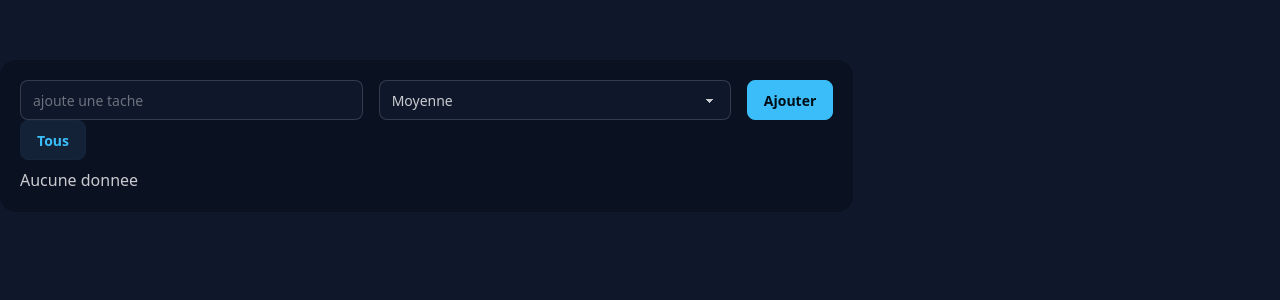
Repository: gradi243/react_ex_tuto
Page: /
The author's editor kept a copy of each file at every save. The page is drawn from the files as they stood at one save, then again after a run of saves.
The browser window is 1280 px wide. The pictures show the whole page.
The project was rebuilt for these pictures with package versions that can differ from the ones it lists, and the page was loaded fresh each time. Also part of the build but not shown: vite.config.ts, src/TodoItem.tsx.

Above is the page before, as saved 2025-09-14 03:32:39.

### index.html
<!doctype html>
<html lang="en" data-theme="night">
  <head>
    <meta charset="UTF-8" />
    <link rel="icon" type="image/svg+xml" href="/vite.svg" />
    <meta name="viewport" content="width=device-width, initial-scale=1.0" />
    <title>Vite + React + TS</title>
  </head>
  <body>
    <div id="root"></div>
    <script type="module" src="/src/main.tsx"></script>
  </body>
</html>

### src/index.css
@import "tailwindcss";
@plugin "daisyui";

 @plugin "daisyui" {
   themes:night;
 }
/* You can add global styles to this file, and also import other style files */

### src/App.tsx
import { useEffect, useState } from "react";
import TodoItem from "./TodoItem";


type Priority="Urigente"|"Moyenne"|"Basse"

type Todo={
  id: number;
  text:string;
  priority:Priority
}


function App(){
  const[input,setInput]=useState<string>("")
  const[priority,setPriority]= useState<Priority>("Moyenne")


  const savedTodos=localStorage.getItem("todos")
  const  initialTodos=savedTodos?JSON.parse(savedTodos):[]
  const [todos,setTodos]=useState<Todo[]>(initialTodos)

  const [filtere,setFilter]=useState<Priority |"Tous">("Tous")

  useEffect(() => {
    localStorage.setItem("todos",JSON.stringify(todos))
  },[todos])

  function addTodo(){
    if(input.trim()==""){
       return
    }

    const newTodo:Todo={
      id:Date.now(),
      text:input.trim(),
      priority:priority
    }

    const newtodos=[newTodo,...todos]
    setTodos(newtodos)
    setInput("")
    setPriority("Moyenne")
    console.log(newtodos)

  }


  let filteredTodos: Todo[] = [];

    if (filtere === "Tous") {
    filteredTodos = todos;
  } else {
    filteredTodos = todos.filter((todo) => todo.priority === filtere);
  }

  const urigentecount1= todos.filter((todo)=>todo.priority==="Urigente").length
  const moyennecount1= todos.filter((todo)=>todo.priority==="Moyenne").length
  const bassecount1= todos.filter((todo)=>todo.priority==="Basse").length
  const totalcount1=todos.length
  return(
    <div className="flex justify-cente">
      <div className="w-2/3 flex-col gap-4 my-15 bg-base-300 p-5 rounded-2xl">
        <div className="flex gap-4">
          <input
          type="text"
          className="input w-full"
          placeholder="ajoute une tache"
          value={input}
         onChange={(e)=>setInput(e.target.value)}
          />

          <select
          className="select w-full"
          value={priority}
          onChange={(e)=>setPriority(e.target.value as Priority)}
          >
            <option value="Urigente">Urigente</option>
            <option value="Moyenne">Moyenne</option>
            <option value="Basse">Basse</option>
          </select>

          <button onClick={addTodo} className="btn btn-primary">Ajouter</button>
        </div>
        <div className="space-y-2 flex-1 h-fit">
          <div className="flex flex-wrap gap-4">
            <button
              className={`btn btn-soft ${filtere=== "Tous" ? "btn-primary" :""}`}
              onClick={()=> setFilter("Tous")}
            >
              Tous
            </button>
          </div>
              {filteredTodos.length > 0 ?(
                <ul className="divide-y divide-primary-20">
                  {filteredTodos.map((todo)=>(
                    <li key={todo.id}>
                      <TodoItem todo={todo}/>
                    </li>
                  ))}
                </ul>
              ):(
                <div>Aucune donnee</div>
              )}
        </div>
      </div>
    </div>
  )
}

export default App

Loaded but not shown: src/main.tsx (common file)

After the next 2 saves:
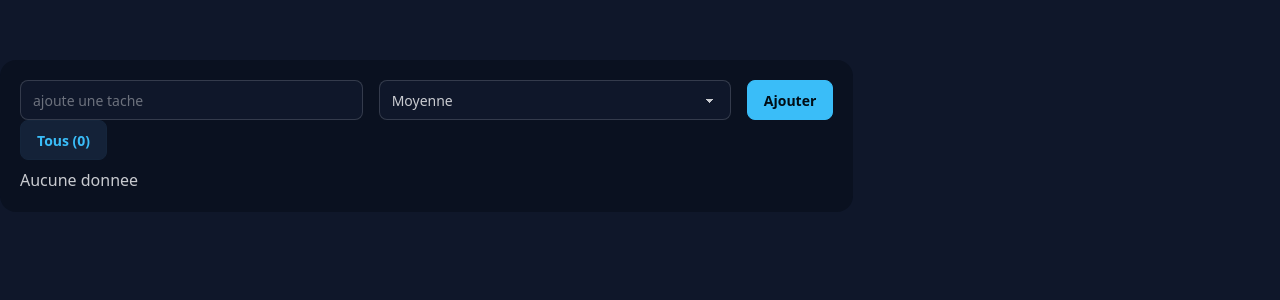
The 2 saves are shown as one change because they came seconds apart.
The last was saved 17 s later.
--- a/src/App.tsx
+++ b/src/App.tsx
@@ -88,7 +88,7 @@
               className={`btn btn-soft ${filtere=== "Tous" ? "btn-primary" :""}`}
               onClick={()=> setFilter("Tous")}
             >
-              Tous
+              Tous ({totalcount1})
             </button>
           </div>
               {filteredTodos.length > 0 ?(
